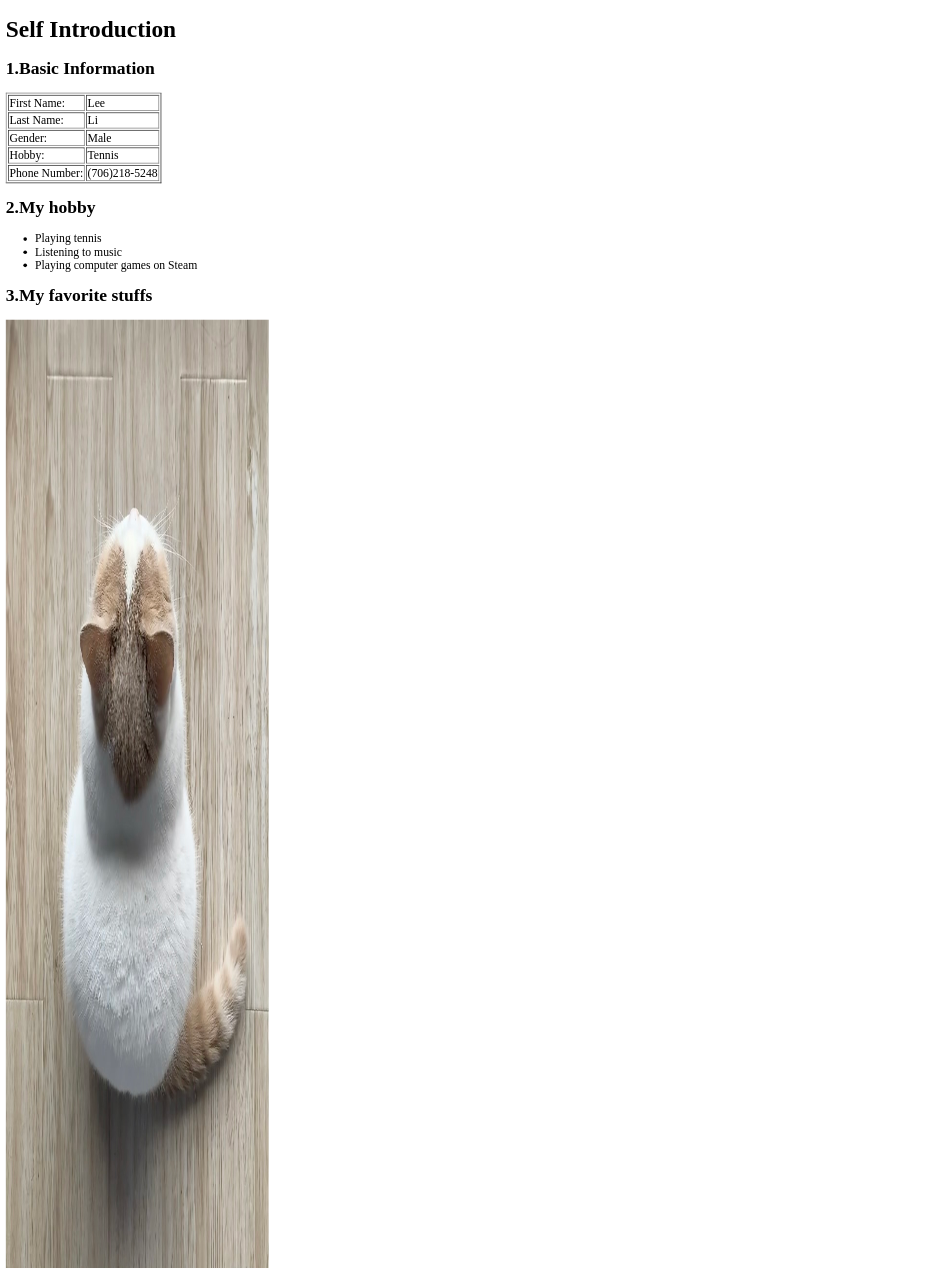
Repository: RigelLM/Java-Learning
Page: HomePage/public/Index.html
An editor plug-in stored every save of this project. The page is shown before and after the next save, followed by the edit.
The browser window is 1280 px wide. The pictures show the whole page, at 73% of full size.

Above is the page before, as saved 2023-01-17 17:15:11.

After the next save:
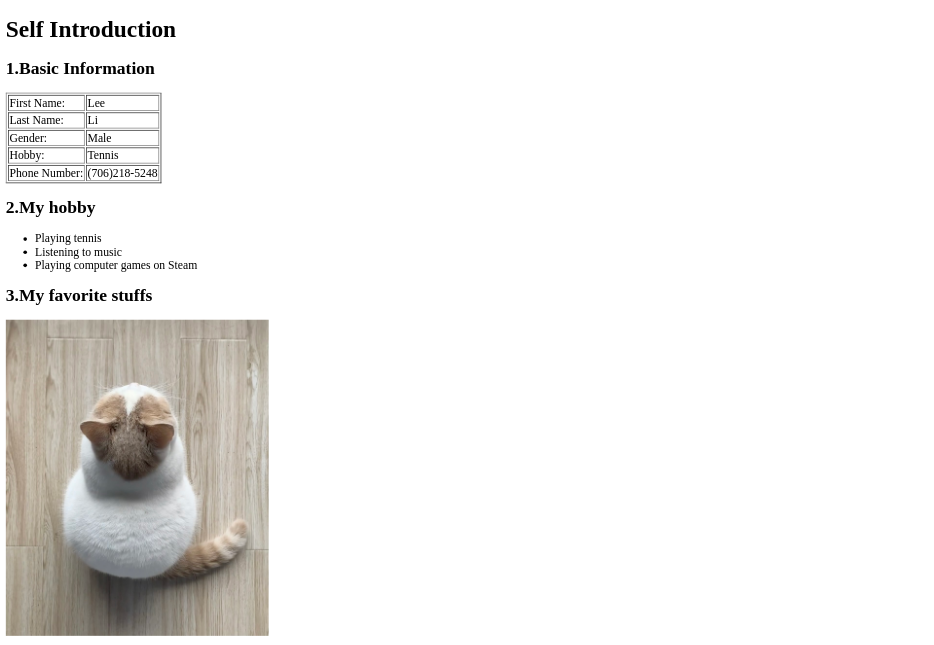
Saved 10 s later.
--- a/HomePage/public/Index.html
+++ b/HomePage/public/Index.html
@@ -35,6 +35,6 @@
 <li>Playing computer games on Steam</li>
 </ul>
 <h2>3.My favorite stuffs</h2>
-<img src="cat.jpg" alt="My Cat" width="360" height="1299/3">
+<img src="cat.jpg" alt="My Cat" width="360" height="433">
 </body>
 </html>
